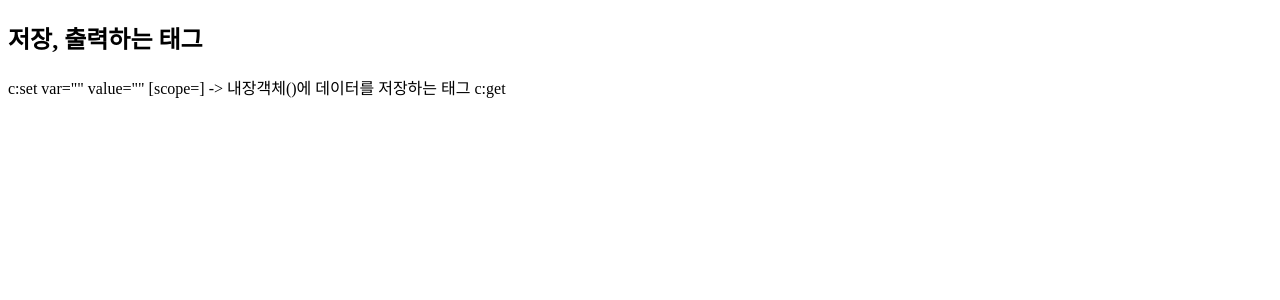
Repository: simjiho/week
Page: http://localhost/el_jstl/views/jstl/02_controltag.jsp
An editor plug-in stored every save of this project. The page is shown before and after the next save, followed by the edit.
The browser window is 1280 px wide. The pictures show the whole page.
The page is served by Tomcat 9. Other server files are loaded and not shown.

Above is the page before, as saved 2024-04-20 05:44:59.

### workspace/el_jstl/src/main/webapp/views/jstl/02_controltag.jsp
<%@ page language="java" contentType="text/html; charset=UTF-8"
    pageEncoding="UTF-8"%>
<%@ taglib prefix="c" uri="http://java.sun.com/jsp/jstl/core" %>
<!DOCTYPE html>
<html>
<head>
<meta charset="UTF-8">
<title>코어태그 사용하기</title>
</head>
<body>
	<h2>저장, 출력하는 태그</h2>
	<p>
		c:set var="" value="" [scope=] -> 내장객체()에 데이터를 저장하는 태그
		c:get
	</p>
</body>
</html>

After the next save:
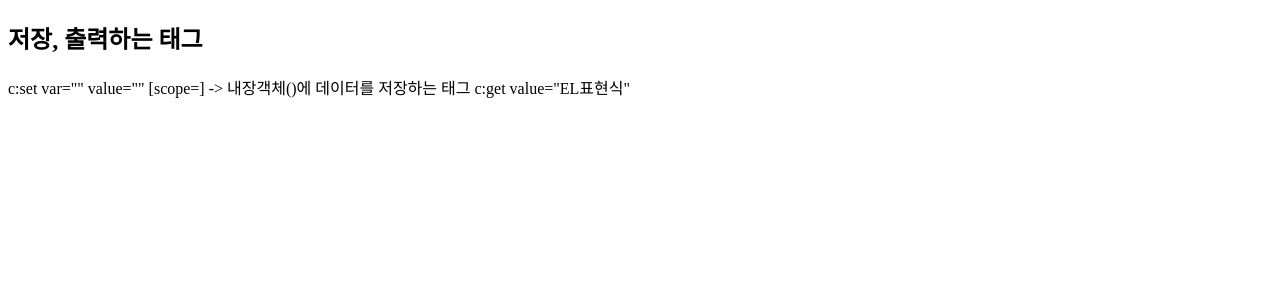
Saved 2 min 7 s later.
--- a/workspace/el_jstl/src/main/webapp/views/jstl/02_controltag.jsp
+++ b/workspace/el_jstl/src/main/webapp/views/jstl/02_controltag.jsp
@@ -11,7 +11,7 @@
 	<h2>저장, 출력하는 태그</h2>
 	<p>
 		c:set var="" value="" [scope=] -> 내장객체()에 데이터를 저장하는 태그
-		c:get
+		c:get value="EL표현식"
 	</p>
 </body>
 </html>
